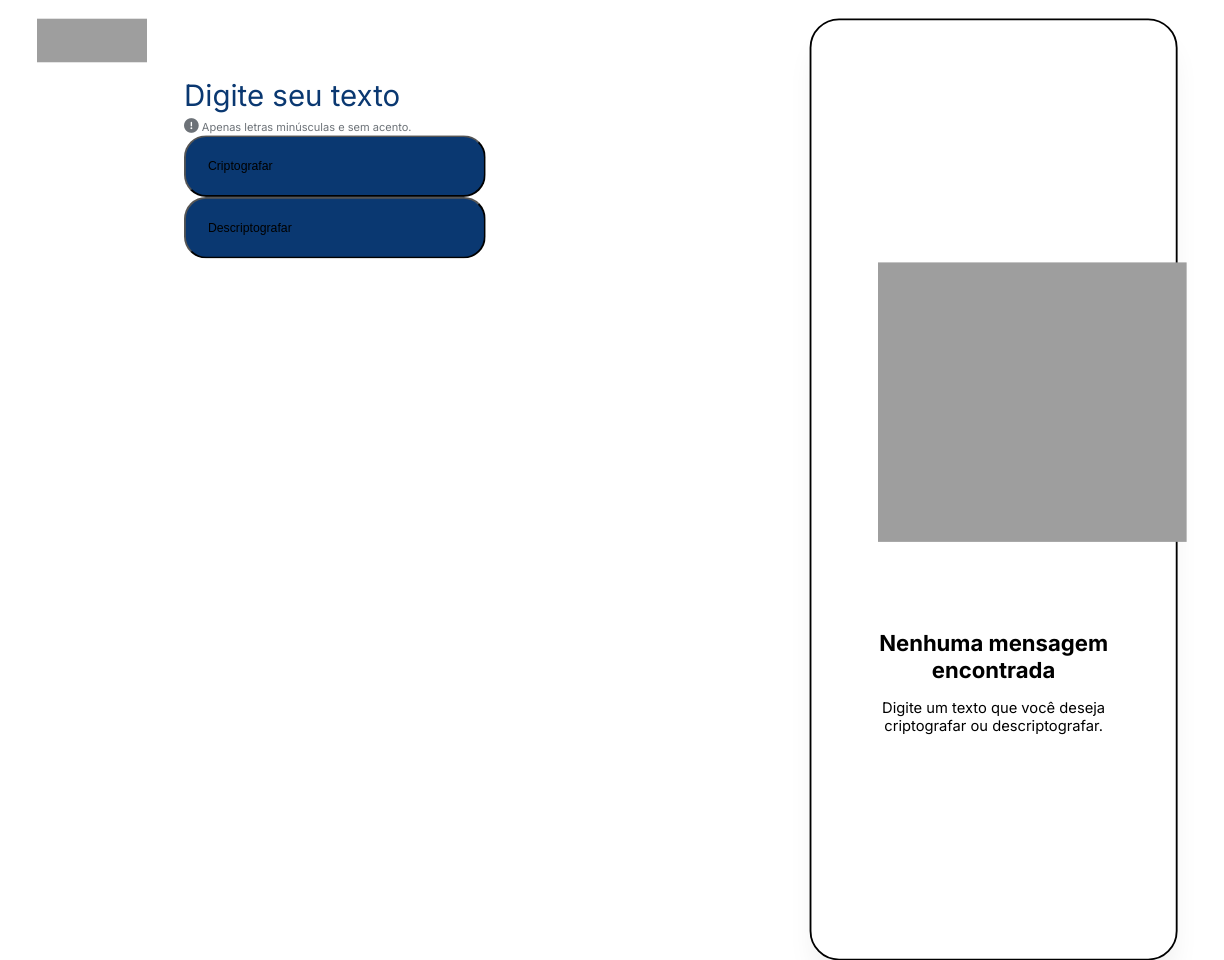
Repository: CarlosEduardoVdeOliveira/descodificador-de-texto
Page: index.html
An editor plug-in stored every save of this project. The page is shown before and after the next save, followed by the edit.
The browser window is 1280 px wide. The page is 1330 px wide, so the pictures cover 1330 px, including what lies to the right of the window. The pictures show the whole page, at 92% of full size.
Pictures or frames that could not be fetched are drawn as grey boxes.

Above is the page before, as saved 2023-04-11 21:54:26.

After the next save:
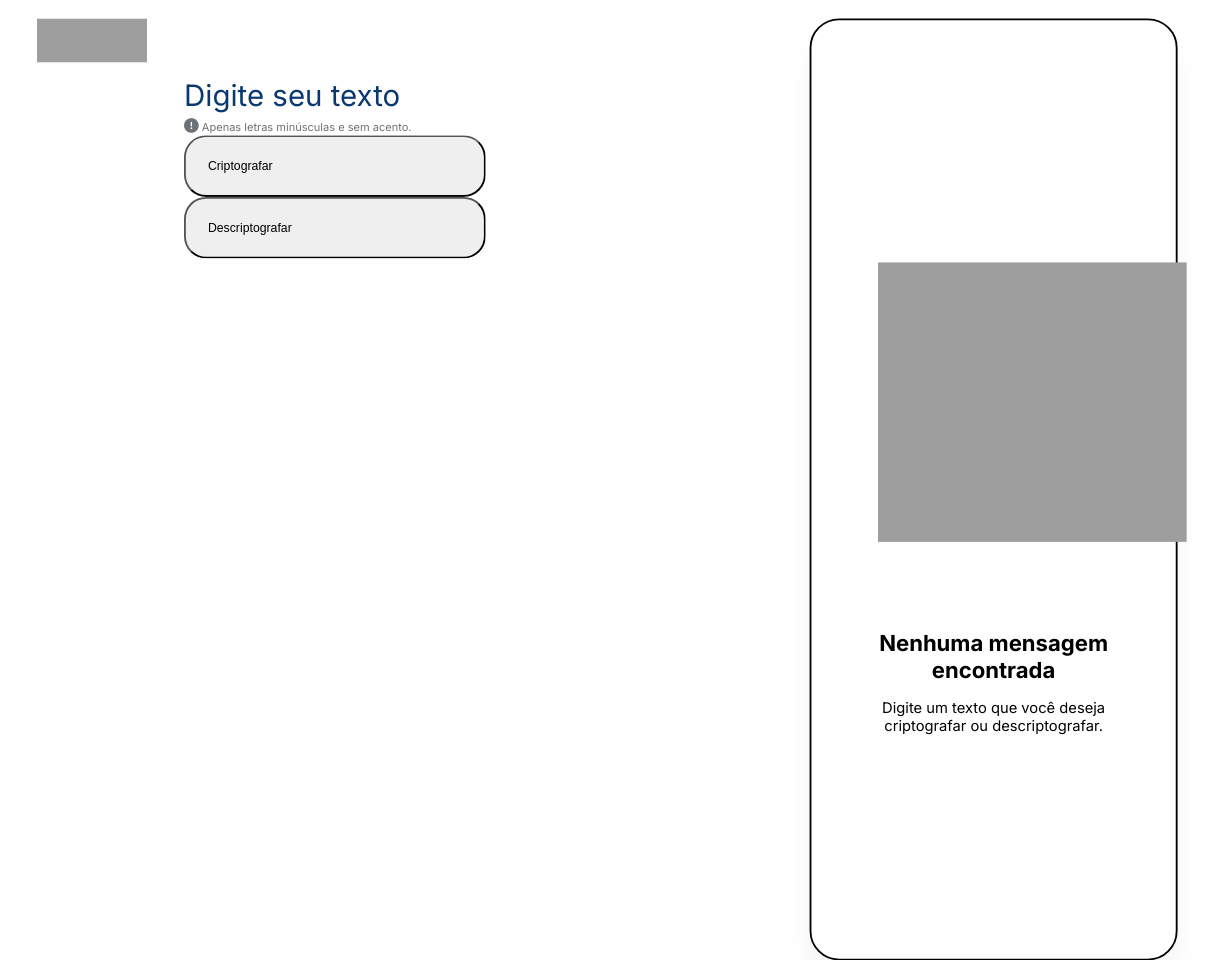
Saved 23 s later.
--- a/public/styles/index.css
+++ b/public/styles/index.css
@@ -60,17 +60,7 @@ button{
 
    width: 328px;
    height: 67px;
-
-   /* Dark blue/dark-blue-300 */
-
-   background: #0A3871;
    border-radius: 24px;
-
-   /* Inside auto layout */
-
-   flex: none;
-   order: 0;
-   flex-grow: 0;
 }
 .highlight{
    width: 25rem;
